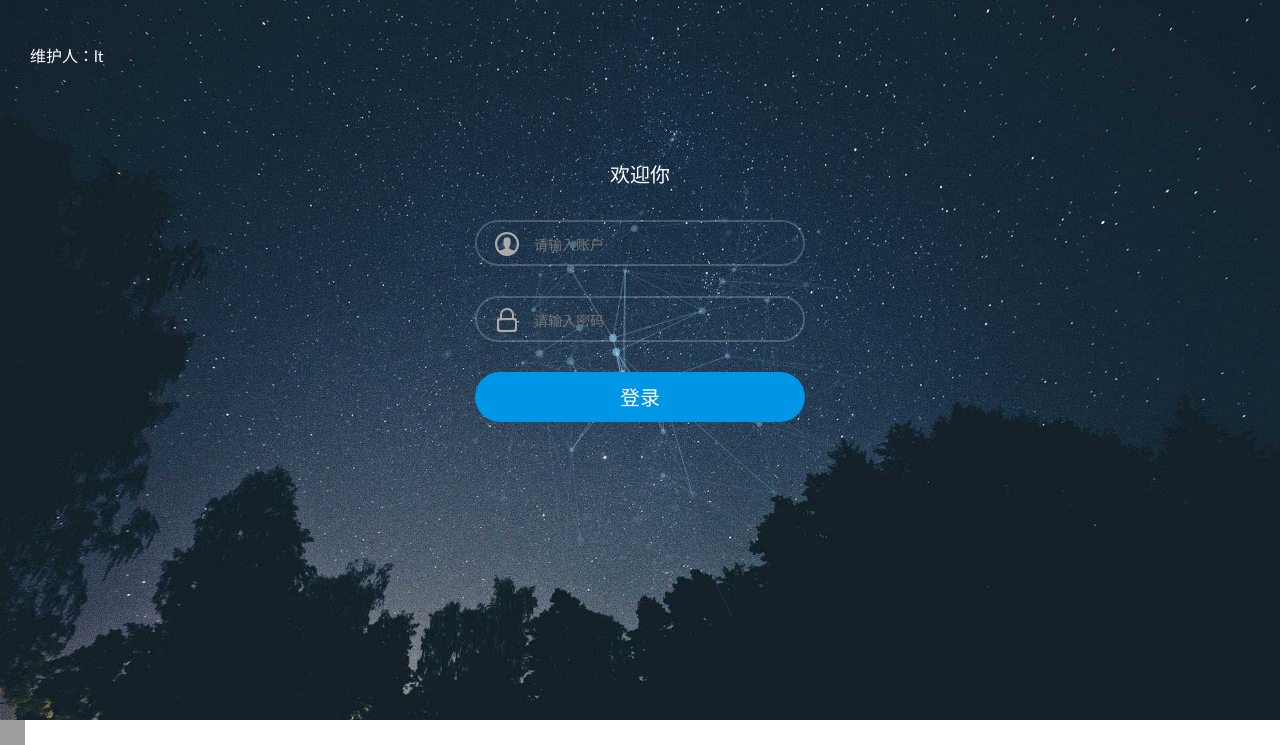
Repository: LTai123456/orl
Page: auth/src/main/resources/static/index.html
The author's editor kept a copy of each file at every save. The page is drawn from the files as they stood at one save, then again after the next save.
The browser window is 1280 px wide. The pictures show the whole page.
Pictures or frames that could not be fetched are drawn as grey boxes.

Above is the page before, as saved 2019-12-26 05:02:31.

### auth/src/main/resources/static/index.html
<!DOCTYPE html>
<html lang="en" class="no-js">
<head>
<meta charset="UTF-8" />
<meta http-equiv="X-UA-Compatible" content="IE=edge">
<meta name="viewport" content="width=device-width, initial-scale=1">
<title>login</title>
<link rel="stylesheet" type="text/css" href="css/normalize.css" />
<link rel="stylesheet" type="text/css" href="css/demo.css" />
<!--必要样式-->
<link rel="stylesheet" type="text/css" href="css/component.css" />
<!--[if IE]>
<script src="js/html5.js"></script>
<![endif]-->
</head>
<body>
	<div class="container demo-1">
		<div class="content">
			<div id="large-header" class="large-header">
				<canvas id="demo-canvas"></canvas>
				<div class="logo_box">
					<h3>欢迎你</h3>
					<form id="login" action="/login/form" name="f" method="post">
						<div class="input_outer">
							<span class="u_user"></span> <input name="username" class="text"
								style="color: #FFFFFF !important" type="text"
								placeholder="请输入账户">
						</div>
						<div class="input_outer">
							<span class="us_uer"></span> <input name="password" class="text"
								style="color: #FFFFFF !important; position: absolute; z-index: 100;"
								value="" type="password" placeholder="请输入密码">
						</div>
						<div class="mb2">
						    <a class="act-but submit" onclick="document:login.submit()"
						        style="color: #FFFFFF">登录</a>
						</div>
					</form>
				</div>
			</div>
		</div>
	</div>
	<!-- /container -->

	<script src="js/TweenLite.min.js"></script>
	<script src="js/EasePack.min.js"></script>
	<script src="js/rAF.js"></script>
	<script src="js/demo-1.js"></script>
	<div style="text-align: center;">
		<p class="creater">
			维护人：<a href="https://github.com/LTai123456/orl" target="_blank">lt</a>
		</p>
	</div>
	<div>
	    <span class="zhuce_icon"></span>
	</div>
</body>
</html>

### auth/src/main/resources/static/css/component.css
/* Header */
.large-header {
	position: relative;
	width: 100%;
	background: #333;
	overflow: hidden;
	background-size: cover;
	background-position: center center;
	z-index: 1;
}

.demo-1 .large-header {
	background-image: url('../img/demo-1-bg.jpg');
}
.logo_box{
	width: 400px;
	height: 500px;
	padding: 35px;
	color: #EEE;
	position: absolute;
	left: 50%;
	top:50%;
	margin-left: -200px;
	margin-top: -250px;
}
.logo_box h3{
	text-align: center;
	height: 20px;
	font: 20px "microsoft yahei",Helvetica,Tahoma,Arial,"Microsoft jhengHei",sans-serif;
	color: #FFFFFF;
	height: 20px;
	line-height: 20px;
	padding:0 0 35px 0;
}
.forms{
	width: 280px;
	height: 485px;
}
.logon_inof{
	width: 100%;
	min-height: 450px;
	padding-top: 35px;
	position: relative;
}
.input_outer{
	height: 46px;
	padding: 0 5px;
	margin-bottom: 30px;
	border-radius: 50px;
	position: relative;
	border: rgba(255,255,255,0.2) 2px solid !important;
}
.u_user{
	width: 25px;
	height: 25px;
	background: url(../img/login_ico.png);
	background-position:  -125px 0;
	position: absolute;
	margin: 10px 13px;
}
.zhuce_icon{
	width: 25px;
	height: 25px;
	background: url(../img/zhuce.png);
	position: absolute;
	z-index:999;
}
.us_uer{
	width: 25px;
	height: 25px;
	background-image: url(../img/login_ico.png);
	background-position: -125px -34px;
	position: absolute;
	margin: 10px 13px;
}
.l-login{
	position: absolute;
	z-index: 1;
	left: 50px;
	top: 0;
	height: 46px;
	font: 14px "microsoft yahei",Helvetica,Tahoma,Arial,"Microsoft jhengHei";
	line-height: 46px;
}
.text{
	width: 220px;
	height: 46px;
	outline: none;
	display: inline-block;
	font: 14px "microsoft yahei",Helvetica,Tahoma,Arial,"Microsoft jhengHei";
	margin-left: 50px;
	border: none;
	background: none;
	line-height: 46px;
}
/*///*/
.mb2{
	margin-bottom: 20px
}
.mb2 a{
	text-decoration: none;
	outline: none;
}
.submit {
	padding: 15px;
	margin-top: 20px;
	display: block;
}
.act-but{
	line-height: 20px;
	text-align: center;
	font-size: 20px;
	border-radius: 50px;
	background: #0096e6;
}
.creater{
	position:fixed;
	top: 30px;
	left: 30px;
	color: #fff;
	z-index:999;
}

.creater a{
	color: #fff;
}

Loaded but not shown: auth/src/main/resources/static/css/normalize.css (common file); auth/src/main/resources/static/css/demo.css (common file); auth/src/main/resources/static/js/TweenLite.min.js (library); auth/src/main/resources/static/js/EasePack.min.js (library); auth/src/main/resources/static/js/rAF.js (common file); auth/src/main/resources/static/js/demo-1.js (common file)

After the next save:
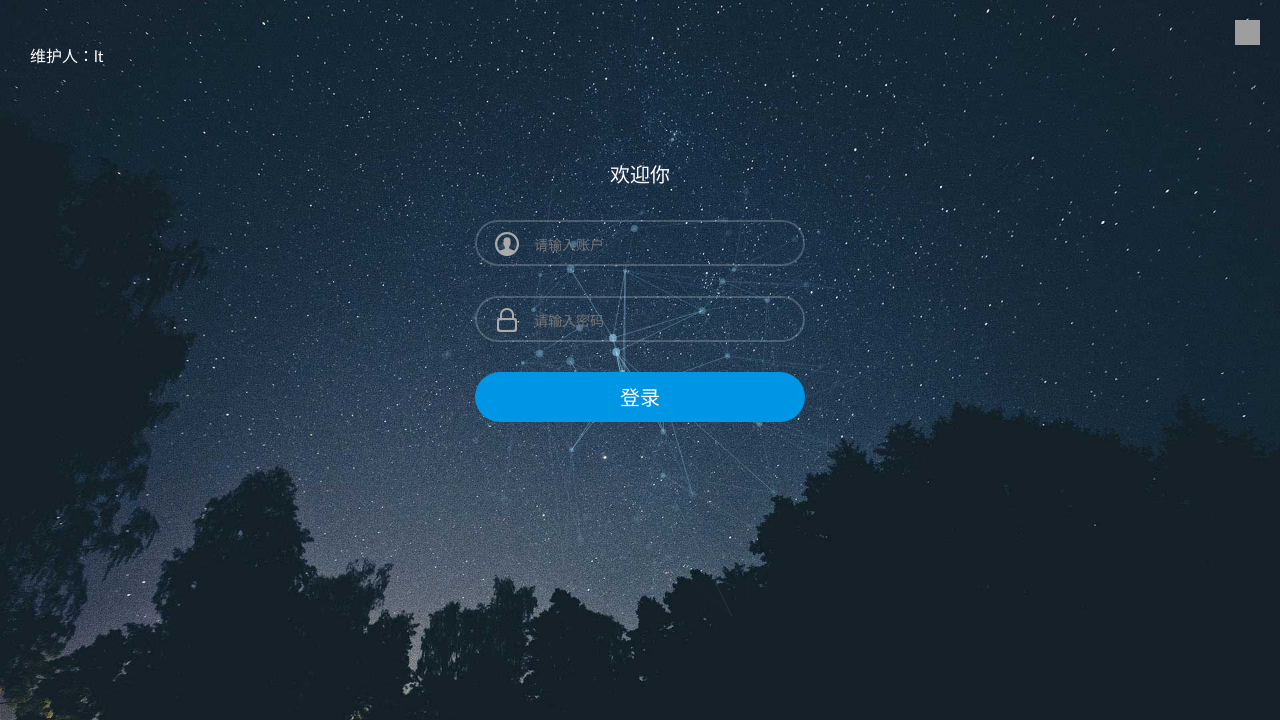
Saved 97 s later.
--- a/auth/src/main/resources/static/css/component.css
+++ b/auth/src/main/resources/static/css/component.css
@@ -62,8 +62,12 @@
 	width: 25px;
 	height: 25px;
 	background: url(../img/zhuce.png);
-	position: absolute;
+	position:fixed;
+	top: 20px;
+	right: 20px;
+	color: #fff;
 	z-index:999;
+
 }
 .us_uer{
 	width: 25px;
